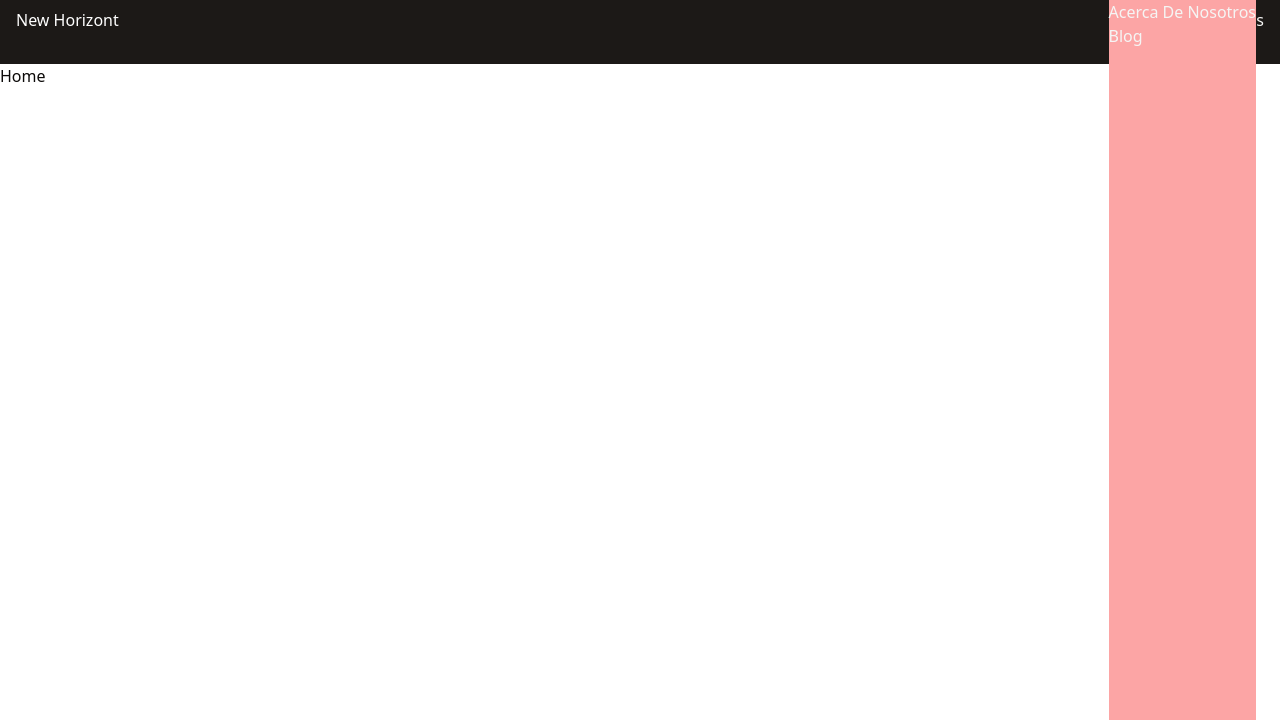
Repository: jefrydep/new-horizont-school
Page: /
An editor plug-in stored every save of this project. The page is shown before and after the next save, followed by the edit.
The browser window is 1280 px wide. The pictures show the whole page.
The project was rebuilt for these pictures with package versions that can differ from the ones it lists, and the page was loaded fresh each time. The framework's server and built-in components were replaced by stand-ins that run in the browser. Also part of the build but not shown: next.config.ts.

Above is the page before, as saved 2024-11-07 18:10:56.

After the next save:
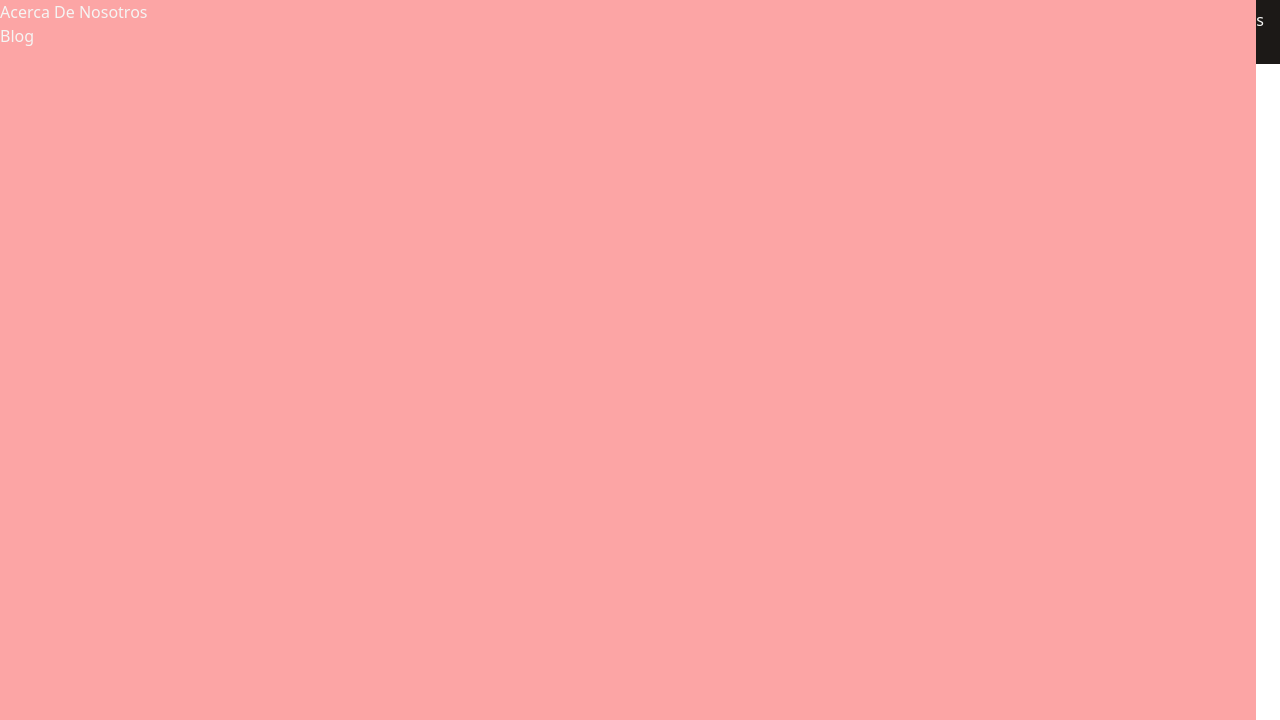
Saved 8 s later.
--- a/src/components/Navbar.tsx
+++ b/src/components/Navbar.tsx
@@ -15,7 +15,7 @@ export default function Navbar() {
             <Link href={"/blog"}>Blog</Link>
           </li>
         </nav>
-        <nav className="outline-none absolute top-0 bottom-0 right-6  bg-red-300 z-30  list-none">
+        <nav className="outline-none absolute top-0 bottom-0 right-6 left-0  bg-red-300 z-30  list-none">
           <li className="text-secondary">
             <Link href={"/about"}>Acerca De Nosotros</Link>
           </li>
